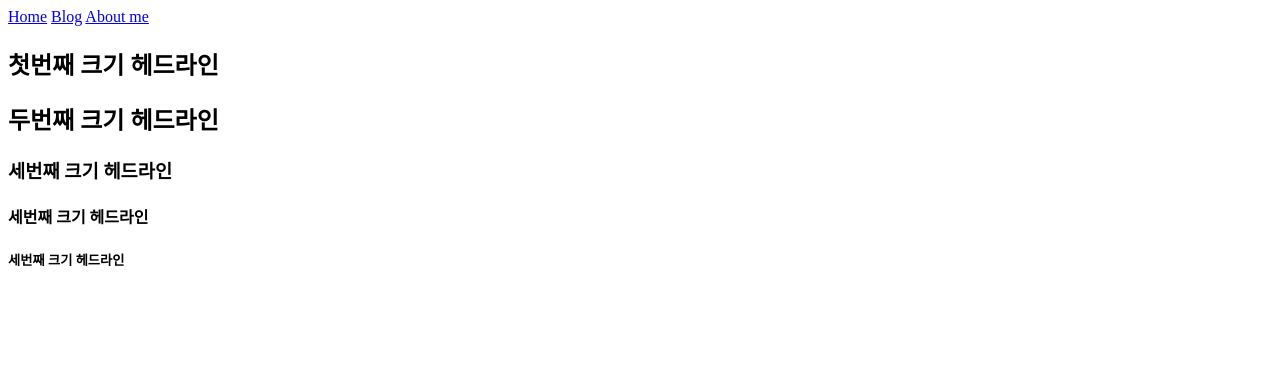
Repository: lwygold/do_it_ft
Page: index.html
The author's editor kept a copy of each file at every save. The page is drawn from the files as they stood at one save, then again after the next save.
The browser window is 1280 px wide. The pictures show the whole page.

Above is the page before, as saved 2021-08-10 17:16:45.

After the next save:
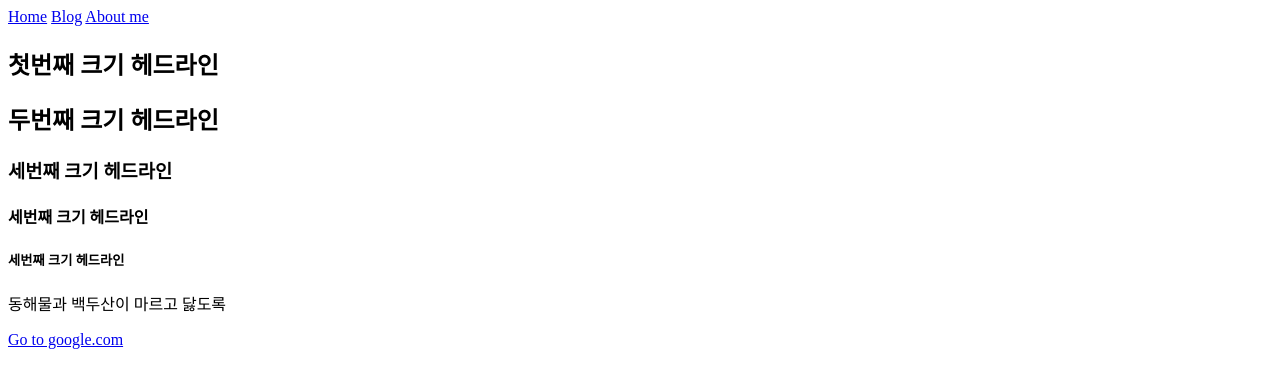
Saved 51 s later.
--- a/index.html
+++ b/index.html
@@ -17,6 +17,11 @@
         <h3>세번째 크기 헤드라인</h3>
         <h4>세번째 크기 헤드라인</h4>
         <h5>세번째 크기 헤드라인</h5>
+
+        <p>동해물과 백두산이 마르고 닳도록</p>
+        <a href="https://google.com">Go to google.com</a>
+
+
     </nav>
 </body>
 </html>
